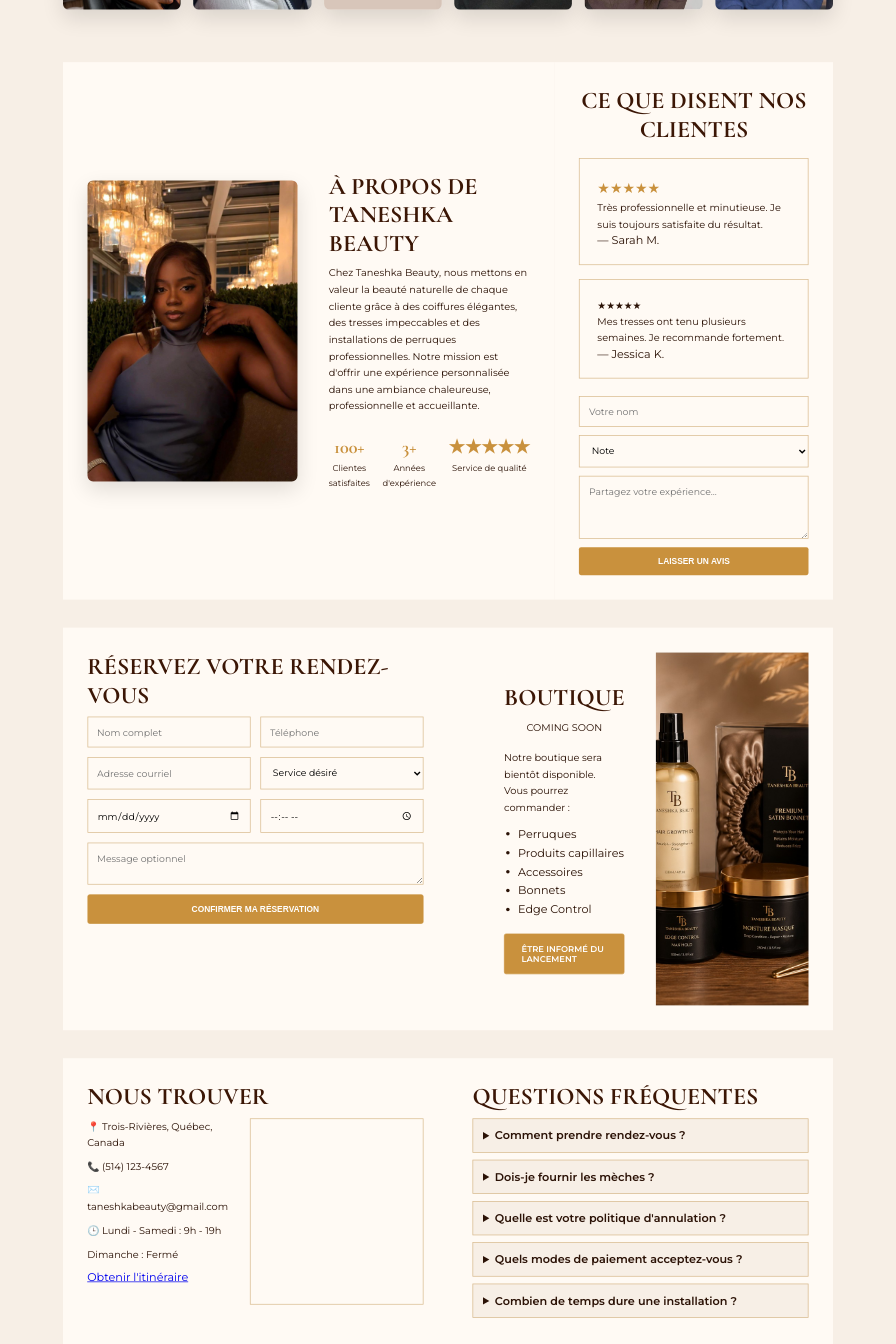
Repository: kngnepi/Taneshka-Beauty-House
Page: index.html
An editor plug-in stored every save of this project. The page is shown before and after the next save, followed by the edit.
The browser window is 1280 px wide. The pictures show the part of the page from y = 1914 to 3834 px (the page is 4073 px tall before and 4079 px after), at 70% of full size.
Pictures or frames that could not be fetched are drawn as grey boxes.

Above is the page before, as saved 2026-07-05 19:06:21.

After the next save:
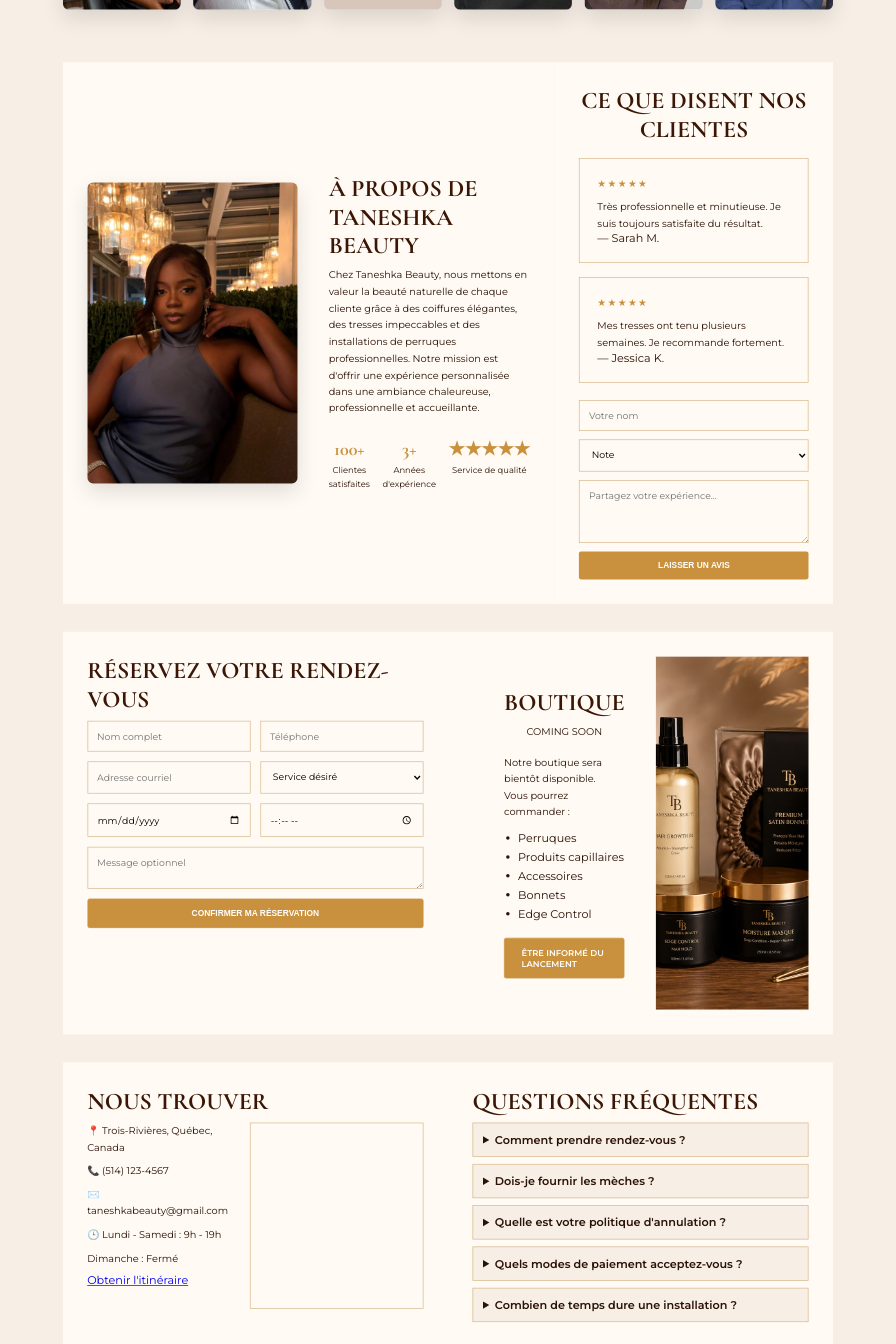
Saved 2 min 20 s later.
--- a/style.css
+++ b/style.css
@@ -328,11 +328,12 @@
   text-align: left;
 }
 
-.review-card:first-of-type p:first-child {
-  color: var(--gold);
-  font-size: 20px;
-}
-
+.stars {
+    color: var(--gold);
+    font-size: 20px;
+    letter-spacing: 2px;
+    margin-bottom: 8px;
+}
 .booking-form {
   max-width: 850px;
   margin: auto;
